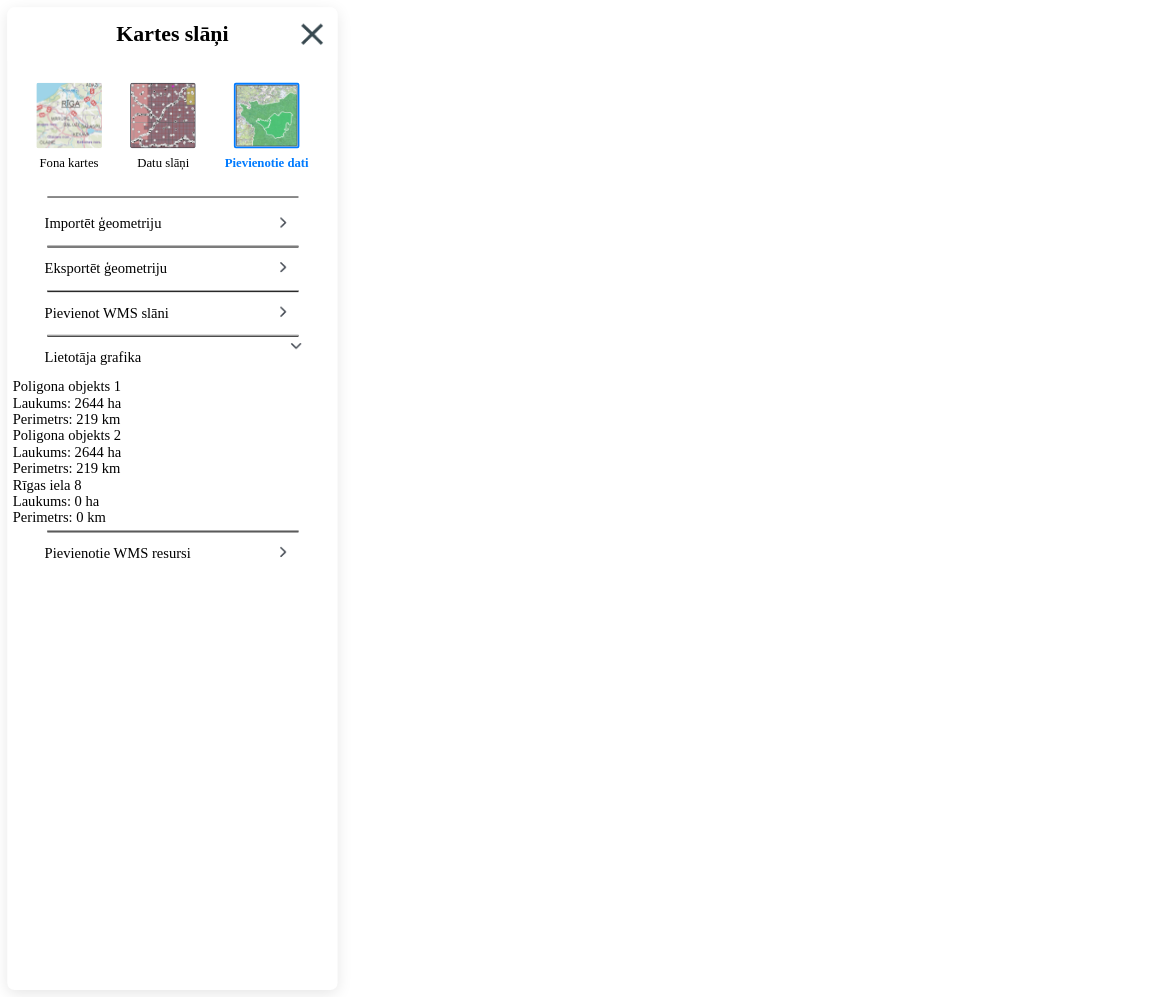
Repository: Kringelis/KP_kar-usl-i
Page: /, after clicking the first element matching `div.sidebar-tabs > :nth-child(3)`
The author's editor kept a copy of each file at every save. The page is drawn from the files as they stood at one save, then again after the next save.
The browser window is 1280 px wide. The pictures show the whole page, at 91% of full size.
The project was rebuilt for these pictures with package versions that can differ from the ones it lists, and the page was loaded fresh each time. Also part of the build but not shown: src/components/FonaKartes.scss, src/components/DatuSlani.scss, src/components/DatuSlani.jsx, src/App.scss.

Above is the page before, as saved 2024-06-19 14:07:51.

After the next save:
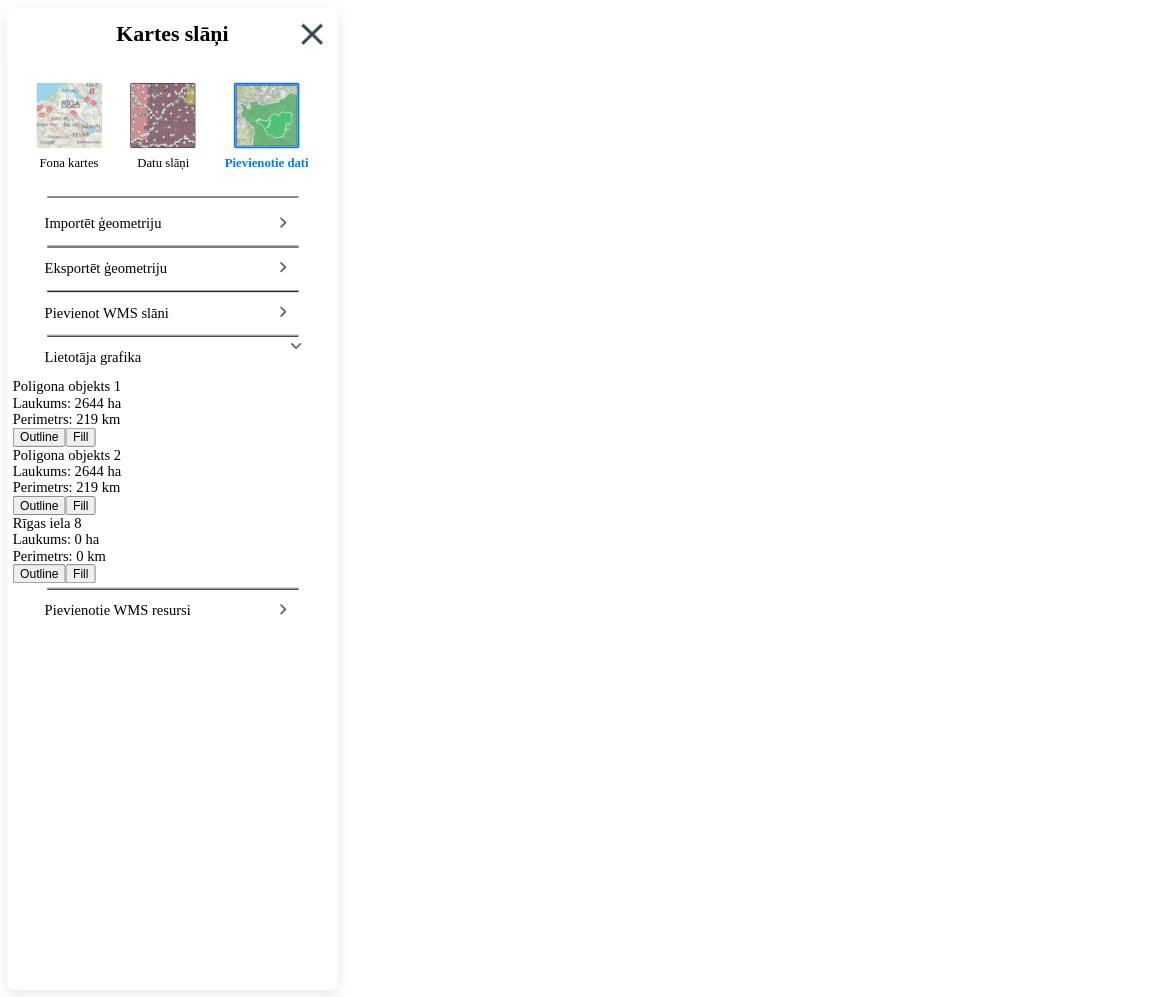
Saved 4 min 11 s later.
--- a/src/components/PievienotieDati.jsx
+++ b/src/components/PievienotieDati.jsx
@@ -9,8 +9,8 @@
   const [isUserGraphicsOpen, setUserGraphicsOpen] = useState(true);
   const [isWMSResourcesOpen, setWMSResourcesOpen] = useState(false);
   const [isLVMGeoWMSOpen, setLVMGeoWMSOpen] = useState(false);
-  const [selectedType, setSelectedType] = useState(null);
-
+
+  const [selectedColorType, setSelectedColorType] = useState("outlineColor");
   const [userGraphics, setUserGraphics] = useState([
     {
       id: 1,
@@ -21,7 +21,6 @@
       fillColor: "#000000",
       type: "polygon",
     },
-
     {
       id: 2,
       name: "Poligona objekts 2",
@@ -42,27 +41,28 @@
     },
   ]);
 
-  const colors = [
-    "#FF0000",
-    "#FFFF00",
-    "#FFA500",
-    "#008000",
-    "#00FFFF",
-    "#0000FF",
-    "#800080",
-  ];
-
   const toggleSection = (setFunction) => {
     setFunction((prevState) => !prevState);
   };
 
-  const handleColorClick = (id, color) => {
-    if (!selectedType) return;
+  const handleColorChange = (id, color) => {
     const newUserGraphics = userGraphics.map((item) =>
-      item.id === id ? { ...item, [selectedType]: color } : item
+      item.id === id ? { ...item, [selectedColorType]: color } : item
     );
     setUserGraphics(newUserGraphics);
   };
+
+  const colors = [
+    "#ff0000",
+    "#ffff00",
+    "#ffa500",
+    "#008000",
+    "#00ffff",
+    "#0000ff",
+    "#800080",
+    "#ffc0cb",
+    "#000000",
+  ];
 
   return (
     <div className="pievienotie-dati">
@@ -130,30 +130,32 @@
                 </div>
               </div>
               <div className="icons">
-                <span
-                  className={`color-block ${
-                    selectedType === "outlineColor" ? "selected" : ""
+                <button
+                  className={`color-type ${
+                    selectedColorType === "outlineColor" ? "selected" : ""
                   }`}
-                  style={{ backgroundColor: item.outlineColor }}
-                  onClick={() => setSelectedType("outlineColor")}
-                ></span>
-                <span
-                  className={`color-block ${
-                    selectedType === "fillColor" ? "selected" : ""
+                  onClick={() => setSelectedColorType("outlineColor")}
+                >
+                  Outline
+                </button>
+                <button
+                  className={`color-type ${
+                    selectedColorType === "fillColor" ? "selected" : ""
                   }`}
-                  style={{ backgroundColor: item.fillColor }}
-                  onClick={() => setSelectedType("fillColor")}
-                ></span>
-              </div>
-              <div className="color-palette">
-                {colors.map((color) => (
-                  <span
-                    key={color}
-                    className="color-block"
-                    style={{ backgroundColor: color }}
-                    onClick={() => handleColorClick(item.id, color)}
-                  ></span>
-                ))}
+                  onClick={() => setSelectedColorType("fillColor")}
+                >
+                  Fill
+                </button>
+                <div className="color-palette">
+                  {colors.map((color) => (
+                    <span
+                      key={color}
+                      className="color-block"
+                      style={{ backgroundColor: color }}
+                      onClick={() => handleColorChange(item.id, color)}
+                    ></span>
+                  ))}
+                </div>
               </div>
             </div>
           ))}

After the save that followed:
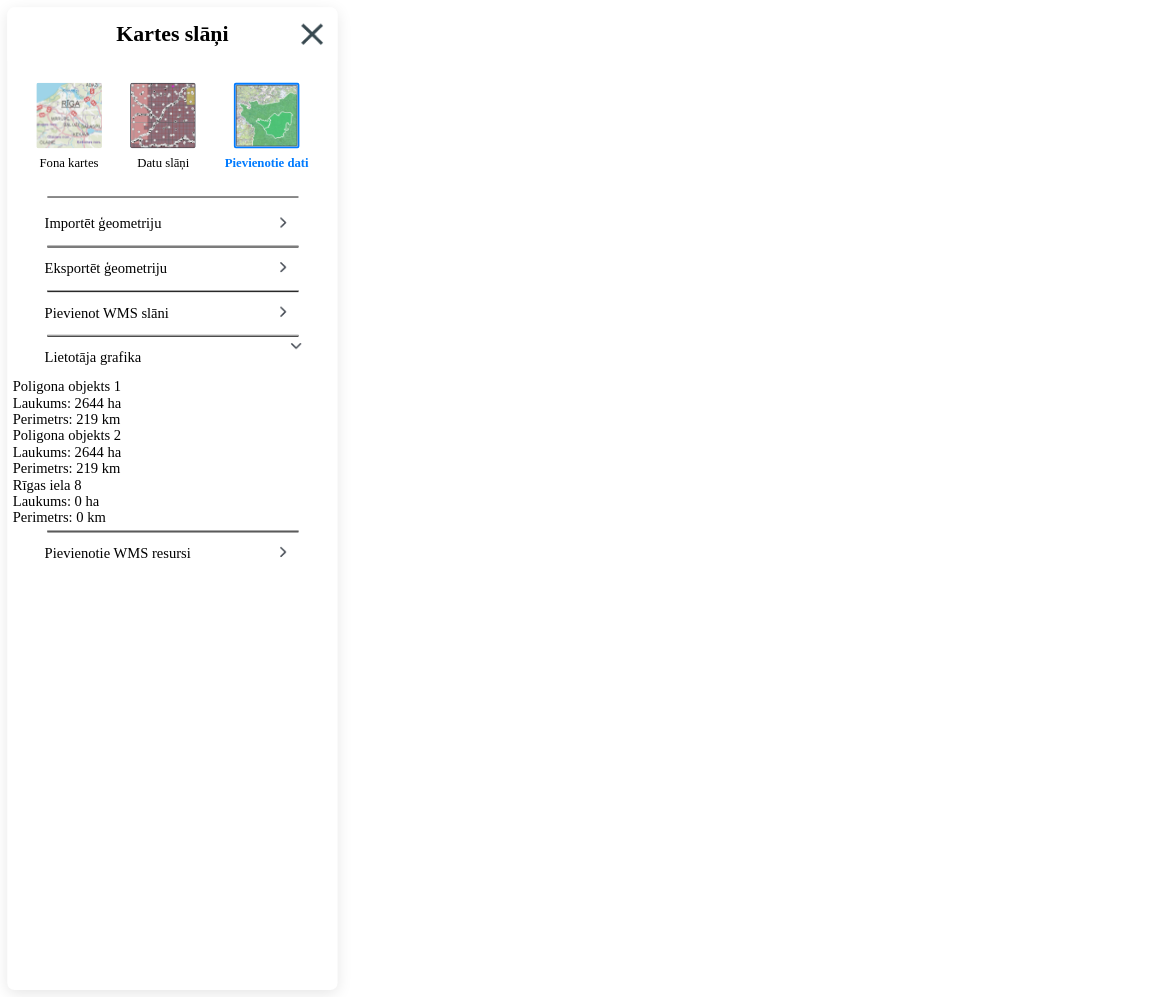
Saved 12 s later.
--- a/src/components/PievienotieDati.jsx
+++ b/src/components/PievienotieDati.jsx
@@ -9,8 +9,8 @@
   const [isUserGraphicsOpen, setUserGraphicsOpen] = useState(true);
   const [isWMSResourcesOpen, setWMSResourcesOpen] = useState(false);
   const [isLVMGeoWMSOpen, setLVMGeoWMSOpen] = useState(false);
-
-  const [selectedColorType, setSelectedColorType] = useState("outlineColor");
+  const [selectedType, setSelectedType] = useState(null);
+
   const [userGraphics, setUserGraphics] = useState([
     {
       id: 1,
@@ -21,6 +21,7 @@
       fillColor: "#000000",
       type: "polygon",
     },
+
     {
       id: 2,
       name: "Poligona objekts 2",
@@ -41,28 +42,27 @@
     },
   ]);
 
+  const colors = [
+    "#FF0000",
+    "#FFFF00",
+    "#FFA500",
+    "#008000",
+    "#00FFFF",
+    "#0000FF",
+    "#800080",
+  ];
+
   const toggleSection = (setFunction) => {
     setFunction((prevState) => !prevState);
   };
 
-  const handleColorChange = (id, color) => {
+  const handleColorClick = (id, color) => {
+    if (!selectedType) return;
     const newUserGraphics = userGraphics.map((item) =>
-      item.id === id ? { ...item, [selectedColorType]: color } : item
+      item.id === id ? { ...item, [selectedType]: color } : item
     );
     setUserGraphics(newUserGraphics);
   };
-
-  const colors = [
-    "#ff0000",
-    "#ffff00",
-    "#ffa500",
-    "#008000",
-    "#00ffff",
-    "#0000ff",
-    "#800080",
-    "#ffc0cb",
-    "#000000",
-  ];
 
   return (
     <div className="pievienotie-dati">
@@ -130,32 +130,30 @@
                 </div>
               </div>
               <div className="icons">
-                <button
-                  className={`color-type ${
-                    selectedColorType === "outlineColor" ? "selected" : ""
+                <span
+                  className={`color-block ${
+                    selectedType === "outlineColor" ? "selected" : ""
                   }`}
-                  onClick={() => setSelectedColorType("outlineColor")}
-                >
-                  Outline
-                </button>
-                <button
-                  className={`color-type ${
-                    selectedColorType === "fillColor" ? "selected" : ""
+                  style={{ backgroundColor: item.outlineColor }}
+                  onClick={() => setSelectedType("outlineColor")}
+                ></span>
+                <span
+                  className={`color-block ${
+                    selectedType === "fillColor" ? "selected" : ""
                   }`}
-                  onClick={() => setSelectedColorType("fillColor")}
-                >
-                  Fill
-                </button>
-                <div className="color-palette">
-                  {colors.map((color) => (
-                    <span
-                      key={color}
-                      className="color-block"
-                      style={{ backgroundColor: color }}
-                      onClick={() => handleColorChange(item.id, color)}
-                    ></span>
-                  ))}
-                </div>
+                  style={{ backgroundColor: item.fillColor }}
+                  onClick={() => setSelectedType("fillColor")}
+                ></span>
+              </div>
+              <div className="color-palette">
+                {colors.map((color) => (
+                  <span
+                    key={color}
+                    className="color-block"
+                    style={{ backgroundColor: color }}
+                    onClick={() => handleColorClick(item.id, color)}
+                  ></span>
+                ))}
               </div>
             </div>
           ))}
